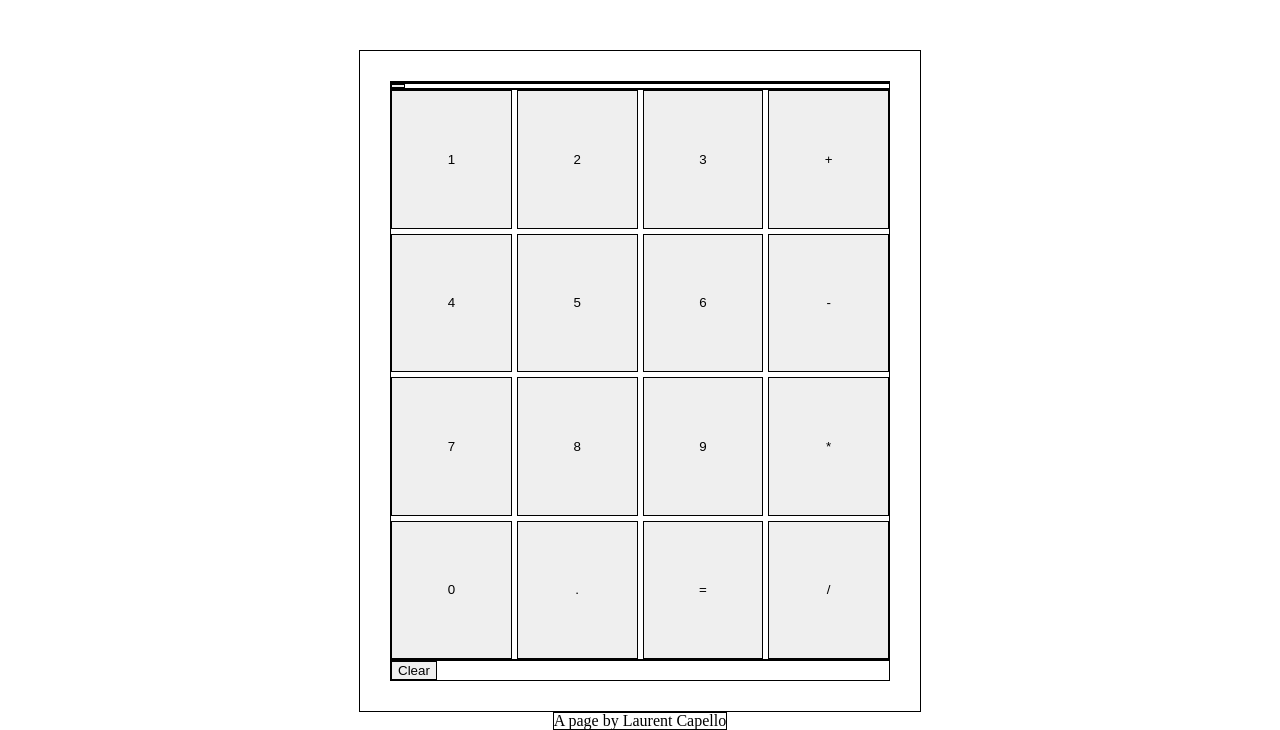
Repository: sokafootball/js-calculator
Page: index.html
An editor plug-in stored every save of this project. The page is shown before and after the next save, followed by the edit.
The browser window is 1280 px wide. The pictures show the whole page.

Above is the page before, as saved 2020-04-25 10:39:24.

After the next save:
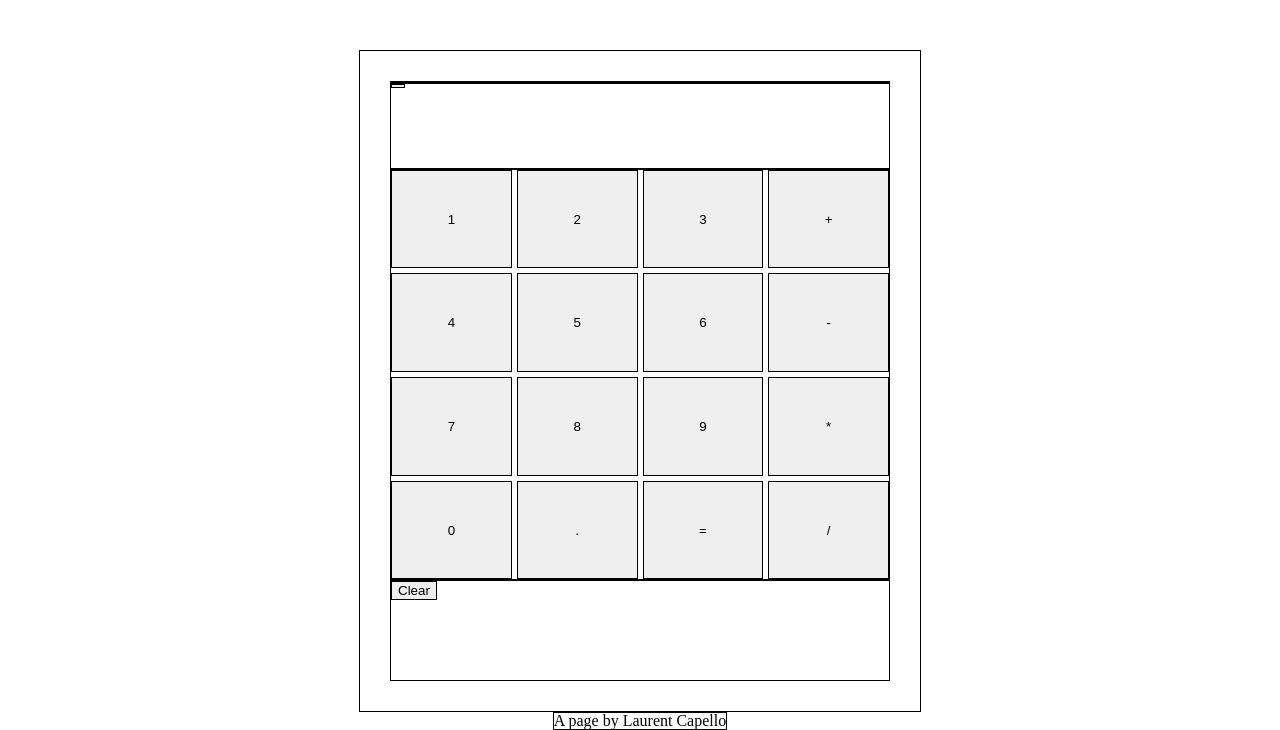
Saved 21 s later.
--- a/style.css
+++ b/style.css
@@ -14,6 +14,10 @@ body{
   width: 500px;
 }
 
+#calc-bottom{
+  flex-grow: 1;
+}
+
 #calc-mid{
   column-gap: 5px;
   display: grid;
@@ -23,6 +27,6 @@ body{
   row-gap: 5px;
 }
 
-calc-top{
+#calc-top{
   flex-grow: 1;
 }
